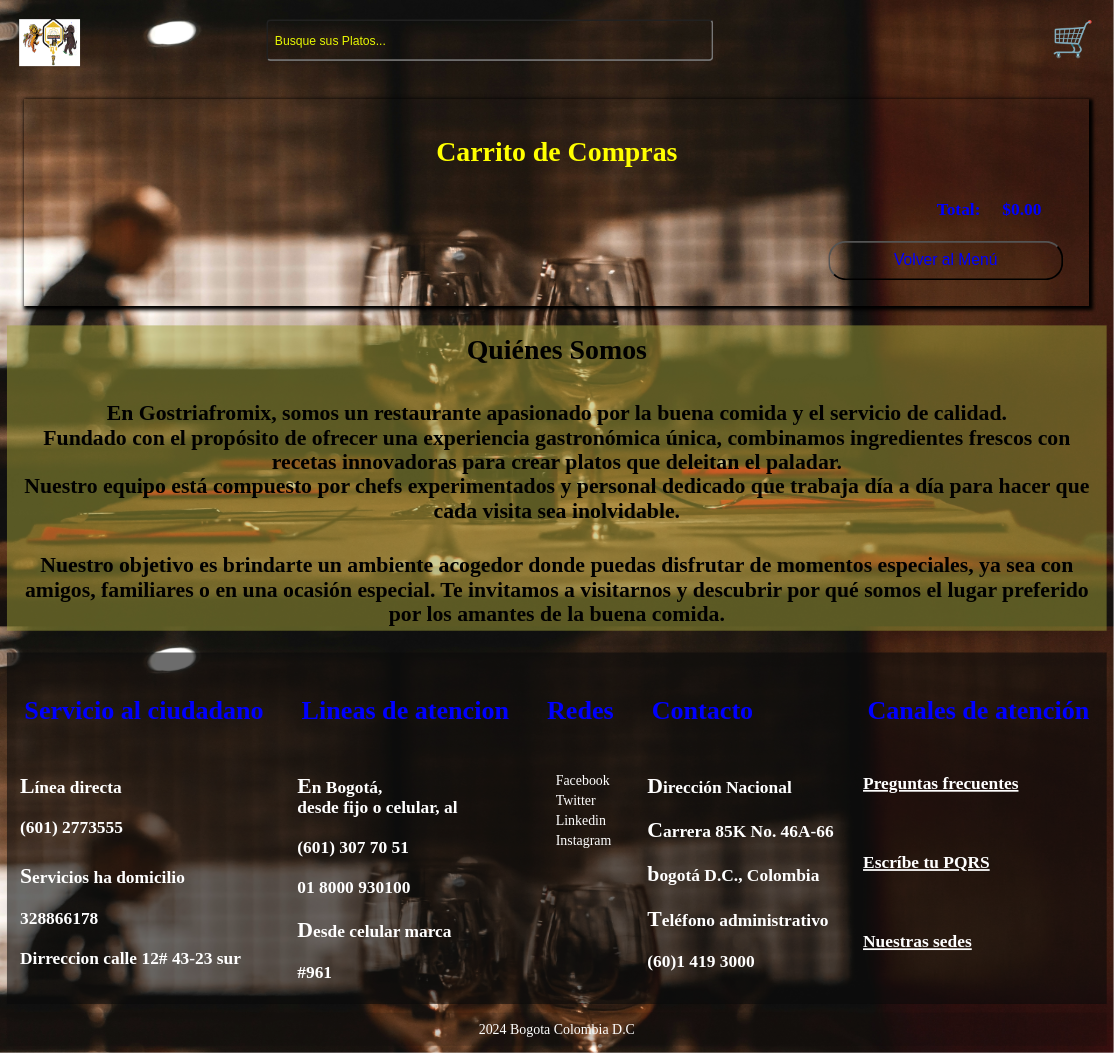
Repository: ye909/app_restaurante
Page: index.html
These files come from the project's save history. The page is drawn as it stood at one moment and after the next save; the edit follows.
The browser window is 1280 px wide. The pictures show the whole page, at 87% of full size.
Backgrounds fixed to the window are drawn as part of the page.

Above is the page before, as saved 2025-01-11 19:29:11.
Console error: TypeError: Cannot read properties of null (reading 'addEventListener')

### index.html
<!-- <!DOCTYPE html>

<html lang="en">
<head>
  <meta charset="UTF-8">
  <meta name="viewport" content="width=device-width, initial-scale=1.0">
  <title>Restaurante</title>
  <link rel="stylesheet" href="./css/style.css">
  <link rel="stylesheet" href="./css/heder.css">
  <link rel="stylesheet" href="./css/opcion_menu.css">
  <link rel="stylesheet" href="./css/modal_card.css">
</head>
<body>




  <h1 class="bienvenida" id="bienvenida">BIENVENIDOS/A</h1>
  <nav>
    <ul>
      <li id="menu-btn"> Menu</li>
      <li></li>
      </li>
      <li><a href="./public/templeis/domicilio.html" target="_blank">Domicilio</a></li>
      <li><a href="./public/templeis/reserva.html" target="_blank">Reserva</a></li>
      <li><a href="#contacto">Contacto</a></li>
      <li><a href="./public/templeis/login.html" target="_blank">Inicio</a></li>
      <li><a href="#somos">Quiénes Somos</a></li>
      <li><a href="./public/templeis/registro.html" target="_blank">Registro</a> </li>
    </ul>
  </nav>

  <main id="menu-view" class="menu-view">
    <div class="filter-buttons">
      <button class="filter" data-region="Todos">Todos</button>
      <button class="filter" data-region="Latinoamérica">Latinoamérica</button>
      <button class="filter" data-region="Centroamérica">Centroamérica</button>
      <button class="filter" data-region="Suramérica">Suramérica</button>
    </div>
    <div id="menu-items" class="menu-items"></div>
    <div><h1>aaas</h1></div>
    <audio id="clickSound" src="./public/audio/mouse_btn3.mp3"></audio>
  </main>






</body>
</html> -->
<!DOCTYPE html>
<html lang="en">
<head>
  <meta charset="UTF-8">
  <meta name="viewport" content="width=device-width, initial-scale=1.0">
  <title>Document</title>
  <link rel="stylesheet" href="/css/menu_principal.css">
  <link rel="stylesheet" href="/css/footer.css">
  <link rel="stylesheet" href="/css/heder.css">
  <link rel="stylesheet" href="/css/modal_card.css">
  <link rel="stylesheet" href="/css/stilo.css">
</head>
<body>
  <header>
    <div class="container_header_card">
      <div class="imagen"><img src="/public/imagen/login.gif" alt=""></div>

      <input type="text" id="buscar" class="buscar" placeholder="Busque sus Platos...">
      <ul id="productList" class="productList"></ul>

      <div id="cart-btn" class="shopping">🛒</div>

  </header>




  <main id="cart-view"  class="cart-view">


   <div class="container_card">
    <h1 class="carro">Carrito de Compras</h1>
    <div id="cart-items" class="cart-items"></div>
    <div class="cart-total">
      <p>Total: <span id="cart-total" class="cart-total">$0.00</span></p>
      <button id="back-to-menu">Volver al Menú</button>
    </div>
   </div>
  </main>


  <div class="quienes_somos" id="somos">
    <h1>Quiénes Somos</h1>
    <p>En <strong>Gostriafromix</strong>, somos un restaurante apasionado por la buena comida y el servicio de calidad.
      <br>
      Fundado con el propósito de ofrecer una experiencia gastronómica única, combinamos ingredientes frescos con
      recetas innovadoras para crear platos que deleitan el paladar. <br>
      Nuestro equipo está compuesto por chefs experimentados y personal dedicado que trabaja día a día para hacer que
      cada visita sea inolvidable.
    </p>
    <p>Nuestro objetivo es brindarte un ambiente acogedor donde puedas disfrutar de momentos especiales, ya sea con
      amigos, familiares o en una ocasión especial. Te invitamos a
      visitarnos y descubrir por qué somos el lugar preferido por los amantes de la buena comida.</p>
  </div>

  <footer>
    <div class="conataine_footer">
      <div>
        <h4>Servicio al ciudadano</h4>
        <p><span>L</span>ínea directa <br> <br> (601) 2773555</p>
        <p id="domicilio"><span>S</span>ervicios ha domicilio<br> <br>328866178 <br><br>Dirreccion calle 12# 43-23 sur
        </p>

      </div>

      <div>
        <h4>Lineas de atencion</h4>
        <p><span>E</span>n Bogotá, <br> desde fijo o celular, al <br><br>
          (601) 307 70 51 <br><br>
          01 8000 930100 <br><br>
          <span>D</span>esde celular marca <br><br>
          #961
        </p>
      </div>
      <div>
        <h4>Redes</h4>
        <div><a href=""><i class="fa-brands fa-facebook"> </i></a> Facebook</div>
        <div><a href=""><i class="fa-brands fa-twitter"></i></a>Twitter</div>
        <div><a href=""><i class="fa-brands fa-linkedin"></i> </a>Linkedin</div>
        <div><a href=""><i class="fa-brands fa-instagram"></i></a> Instagram</div>
      </div>
      <div>
        <h4 id="contacto">Contacto</h4>
        <p><span>D</span>irección Nacional<br><br>
          <span>C</span>arrera 85K No. 46A-66<br><br>
          <span>b</span>ogotá D.C., Colombia<br><br>
          <span>T</span>eléfono administrativo<br><br>
          (60)1 419 3000
        </p>
      </div>

      <div>
        <h4> Canales de atención</h4>
        <p><a href="#">Preguntas frecuentes</p></a><br>
        <p><a href="#">Escríbe tu PQRS</p></a><br>
        <p><a href="#">Nuestras sedes</p></a>
      </div>
    </div>
  </footer>
  <div class="container_final">2024 Bogota Colombia D.C</div>


  <script src="./js/script.js"></script>
  <script src="./js/productos.js"></script>
  <script src="./js/dinamico.js"></script>
</body>
</html>

### css/menu_principal.css
:scope{
    padding: 0%;
    margin: 0%;
    overflow: scroll;
}

html {
    scroll-behavior: smooth;
    background-image: url(../public/imagen/janos.jpg);
    background-repeat: no-repeat;
    background-size: cover;
    background-attachment: fixed;
    background-size: 100% 100%;
    height: auto;
  }
  button {
    width: 270px;
    padding: 7px;
    transition: background-color 0.3s ease, transform 0.2s ease;
    border-radius: 20px;
    background: transparent;
    color: blue;
  }
  button:hover {
    border: none;
    background: #0606f8fd;
    color: black;
    box-shadow: rgb(7, 71, 236) 2px 2px 2px, rgb(7, 71, 236) 2px 2px 2px,
      rgb(7, 71, 236) 2px 2px 2px, rgb(7, 71, 236) 2px 2px 2px;
  }
  /*

  .imgRestaurante {
    width: 100%;
    height: 50vh;
  }

  .container_card_persona {
    display: flex;
    justify-content: space-around;
    align-items: center;
    flex-direction: row;
    flex-wrap: wrap;
    padding: 10px;
  }
  .container_persona {
    width: 10%;
    background: rgba(26, 25, 25, 0.6);
    border-radius: 4px;
    color: white;
    padding: 10px;
    height: auto;
    box-shadow: rgb(8, 8, 8) 1px 2px 2px 2px;
  }
  .container_persona img {
    object-fit: cover;
    width: 100%;
    margin-top: -30px;
    border-radius: 80px;
    box-shadow: rgb(8, 4, 247) 1px 1px 1px;
  }

  h3 {
    text-align: center;
    color: yellow;
  }
  .container_persona p {
    padding: 6px;
    font-size: 18px;
    list-style: 1.4;
  }

  .quienes-somos {
    width: 100%;
    text-align: center;
    background: rgba(232, 232, 157, 0.4);
  }
  .quienes-somos p {
    font-size: 30px;
    line-height: 1.4;
  }

  .text_invitacion {
    font-size: 25px;
    line-height: 1.4;
    width: 99%;
    text-align: center;
    background: rgba(232, 232, 157, 0.2); */
  }

### css/footer.css
.conataine_footer {
  display: flex;
  justify-content: space-between;
  flex-direction: row;
  flex-wrap: wrap;
  margin: 10px;
}

p {

  padding: 5px;
  font-size: 20px;
  font-weight: bold;
}
span {
  font-size: 25px;
}
.quienes_somos {
  background:rgba(161, 161, 59, 0.5);
}
.quienes_somos p{
  text-align: center;
font-size: 25px;
}
:is(.container_final) {
  display: flex;
  justify-content: center;
  align-items: center;
}

h4 {
  color: blue;
  font-size: 30px;
}
:is(.container_final, h4, i) {
  padding: 10px;
}
.container_final {
  background: rgba(12, 12, 12, 0.2);
  color: white;
}
.fa-facebook {
  color: rgb(5, 5, 253);
}
.fa-twitter {
  color: rgb(8, 123, 245);
}
.fa-linkedin {
  color: rgb(71, 71, 155);
}
.fa-instagram {
  color: rgb(243, 17, 17);
}
a {
  cursor: pointer;
}
footer a {
  font-size: 20px;
  color: white;
}
footer {
  background: rgba(10, 10, 10, 0.6);
  color: white;
}

### css/heder.css
.container_header_card{
    display: flex;
    justify-content: space-between;
    justify-items: center;
    flex-direction: row;
    flex-wrap: wrap;
    padding: 14px;
    }

 .productList {
     list-style-type: none;
     padding: 0;
 }

 .productList li {
     padding: 10px;
     border-bottom: 1px solid #ccc;
 }

 .productList li:last-child {
     border-bottom: none;
 }

  .container_header_card img{
    width: 70px;
}
  .shopping{
    font-size: 40px;
cursor: pointer;
}
.buscar::placeholder{
    color:rgb(232, 248, 3);
    font-size: 14px;
}

.buscar {
    width: 40%;
    height: 3.9vh;
    background:transparent;
    color:white;
    font-size: 18px;
    border-radius: 5px;
    margin-left: 20px;
}
:is(.bienvenida,
 .buscar){
     padding: 8px;
 }
 .bienvenida{
    background-image:linear-gradient(to left, rgb(4, 151, 4), rgb(248, 244, 7),  red,rgb(14, 14, 240));
    -webkit-text-fill-color:transparent;
    -webkit-background-clip: text;
    background-clip: text;
    text-align: center;


}

### css/modal_card.css
.container_card {
  margin: 20px;
 box-shadow: 2px 2px 4px 2px black ;
 padding: 10px;
}
.cart-items{
     /* display: none; */
}
.card {
  width: 15%;
  height: 20vh;
  padding: 10px;
  background: rgba(0, 0, 0, 0.4);
  border-radius: 10px;
}
h1{
  text-align: center;
  padding: 10px;

}
.carro{
  color:yellow;
}
.card img {
  width: 100%;
  height: 150px;
  object-fit: cover;
  border-radius: 5px;
}

.card button {
  margin-top: 10px;
  background-color: #007bff;
  color: white;
  border: none;
  padding: 10px;
  border-radius: 5px;
  cursor: pointer;
}

.card button:hover {
  background-color: #0056b3;
}

.cart-total {
  text-align: right;
  margin: 20px;
}


.cart-total{
  font-size: 20px;
  color:blue;
}
button {
  width: 270px;
  padding: 10px;
  transition: background-color 0.3s ease, transform 0.2s ease;
  border-radius: 20px;
  background: transparent;
  color: blue;
  font-size: 18px;
}
button:hover {
  border: none;
  background: #0606f8fd;
  color: black;
  box-shadow: rgb(7, 71, 236) 2px 2px 2px, rgb(7, 71, 236) 2px 2px 2px,
    rgb(7, 71, 236) 2px 2px 2px, rgb(7, 71, 236) 2px 2px 2px;
}

### css/stilo.css


/*

    .filter-buttons {
      margin: 20px;
      text-align: center;
    }

    .filter {
      margin: 5px;
      padding: 10px 15px;
      background-color: #007bff;
      color: white;
      border: none;
      cursor: pointer;
      border-radius: 5px;
    }

    .filter:hover {
      background-color: #0056b3;
    }
    .menu-items,.cart-view{
      display: flex;
      justify-content: space-between;
      justify-content: center;
      flex-direction: row;
      flex-wrap: wrap;
      gap: 20px;
    }
     */

### js/script.js

  let cart = [];
  let selectedRegion = "Todos";

  const menuView = document.getElementById("menu-view");
  const cartView = document.getElementById("cart-view");
  const menuItemsContainer = document.getElementById("menu-items");
  const cartItemsContainer = document.getElementById("cart-items");
  const cartTotal = document.getElementById("cart-total");

  document.querySelectorAll(".filter").forEach(button => {
    button.addEventListener("click", () => {
      selectedRegion = button.getAttribute("data-region");
      renderMenu();
    });
  });

  document.getElementById("menu-btn").addEventListener("click", () => {
    menuView.style.display = "block";
    cartView.style.display = "none";
  });

  document.getElementById("cart-btn").addEventListener("click", () => {
    menuView.style.display = "none";
    cartView.style.display = "block";
    renderCart();
  });

  document.getElementById("back-to-menu").addEventListener("click", () => {
    menuView.style.display = "block";
    cartView.style.display = "none";
  });

  function renderMenu() {
    menuItemsContainer.innerHTML = "";
    const filteredItems = selectedRegion === "Todos" ? menuItems : menuItems.filter(item => item.region === selectedRegion);
    filteredItems.forEach(item => {
      const card = document.createElement("div");
      card.className = "card";
      card.innerHTML = `
        <img src="${item.image}" alt="${item.name}">
        <h3>${item.name}</h3>
        <p>${item.description}</p>
        <p><strong>$${item.price.toFixed(2)}</strong></p>
        <button onclick="addToCart(${item.id})">Agregar</button>
      `;
      menuItemsContainer.appendChild(card);
    });
  }

  function renderCart() {
    cartItemsContainer.innerHTML = "";
    cart.forEach(item => {
      const cartItem = document.createElement("div");
      cartItem.className = "card";
      cartItem.innerHTML = `
        <h3>${item.name}</h3>
        <p>Cantidad: ${item.quantity}</p>
        <p><strong>$${(item.price * item.quantity).toFixed(2)}</strong></p>
      `;
      cartItemsContainer.appendChild(cartItem);
    });
    const total = cart.reduce((sum, item) => sum + item.price * item.quantity, 0);
    cartTotal.textContent = `$${total.toFixed(2)}`;
  }

  function addToCart(id) {
    const item = menuItems.find(item => item.id === id);
    const cartItem = cart.find(item => item.id === id);
    if (cartItem) {
      cartItem.quantity++;
    } else {
      cart.push({ ...item, quantity: 1 });
    }
  }

  renderMenu();

### js/productos.js
const menuItems = [
  { id: 1, name: "Tacos al Pastor", description: "Delicious tacos", price: 12.99, image: "https://via.placeholder.com/150", region: "Latinoamérica" },
  { id: 2, name: "Pupusas", description: "Thick griddle cakes", price: 9.99, image: "https://via.placeholder.com/150", region: "Centroamérica" },
  { id: 3, name: "Ceviche", description: "Fresh seafood", price: 15.99, image: "https://via.placeholder.com/150", region: "Suramérica" },
];


// const menuItems = [

//     {
//       id:1,
//       nombre: "Bebida caliente",
//       img: "./public/imagen/bebidas_calientes1.PNG",
//       precio: 20000,
//       descripcion1: "hecho en los mejores lugares de paris",
//       cantidad: 1,
//     },

//     {
//       id:4,
//     precio:10000,
//     nombre:"carne",
//     img:"./public/imagen/mexica1.jpg",
//       descripcion:"Los tacos son uno de los mida "
//     , descripcion1:"tanos"
//     },
//     {
//       id:5,
//       precio:100,
//       nombre:"Sancocho",
//       img:"./public/imagen/sancocho.webp",
//         descripcion:"ya no kkkkk",
//          descripcion1:"plato de casula"
//     },
//     {
//       id:6,
//       precio:30000,
//     nombre:"Lechona",
//     img:"./public/imagen/mexica2.jpg",
//       descripcion:"La lechona es un plato típico de la "
//      ,descripcion1:"plátanos rellenos"
//     },
//     {
//       id:7,
//     precio:90000,
//     nombre:"Postre",
//     img:"./public/imagen/postre2.PNG",
//       descripcion:"ya nhhjshhshao ",
//        descripcion1:"Sabor y dulsura en el plato"
//     },
//     {
//       id:8,
//     precio:10000,
//     nombre:"Coltel",
//     img:"./public/imagen/coltel.webp",
//       descripcion:"Los tacos son uno de comida "
//     , descripcion1:"tanos"
//     },

//     {
//       id:10,
//       precio:30000,
//     nombre:"Cerveza",
//     img:"./public/imagen/cervezas.webp",
//       descripcion:"La lechona es un conoce como "
//      ,descripcion1:"plátanos rellenos"
//     },
//     {
//       id:9,
//       precio:100,
//       nombre:"plátanos rellenos",
//       img:"./public/imagen/platano.PNG",
//         descripcion:"ya no kkkkk",
//          descripcion1:"Rellenos de bocadillo y queso"
//     },
//     {
//       id:10,
//       precio:30000,
//     nombre:"Jugos",
//     img:"./public/imagen/JUGOS_NATURALES.jpg",
//       descripcion:"La lechona es unente se conoce como "
//      ,descripcion1:"plátanos rellenos"
//     },
//     {
//       id:11,
//     precio:90000,
//     nombre:"Arrozanas",
//     img:"./public/imagen/mexico6.jpg",
//       descripcion:"ya nhhjshhshao ",
//        descripcion1:"plátanos rellenos"
//     },
//     {
//     id:11,
//     precio:90000,
//     nombre:"Licor",
//     img:"./public/imagen/licores.webp",
//       descripcion:"ya nhhjshhshao ",
//        descripcion1:"plátanos rellenos"
//     }
//     //    contenido:"ya no"
//   ];

### js/dinamico.js

 const menuview = document.getElementById("menu-view")
const menu_principal=document.getElementById("menu_principal").addEventListener("click",ver_menu)

function ver_menu() {
  menuview.style.display="inline"
}
// texto de bienvenida

setTimeout(()=>{
    const bienvenida = document.getElementById("bienvenida").remove()
    bienvenida.style.transition=" background-color 0.3s ease, transform 0.7s ease; "
},3000)


// audio de los botones
const playSound = function () {
    var audio = document.getElementById("clickSound");
    audio.play();
  }



// // Ejemplo de notificación (opcional)
// document.getElementById('btnboton_agregar').addEventListener('click', () => {
//     if (Notification.permission === 'granted') {
//         new Notification('¡Hola desde tu PWA!');
//     } else if (Notification.permission !== 'denied') {
//         Notification.requestPermission().then((permission) => {
//             if (permission === 'granted') {
//                 new Notification('¡Hola desde tu PWA!');
//             }
//         });
//     }
// });

After the next save:
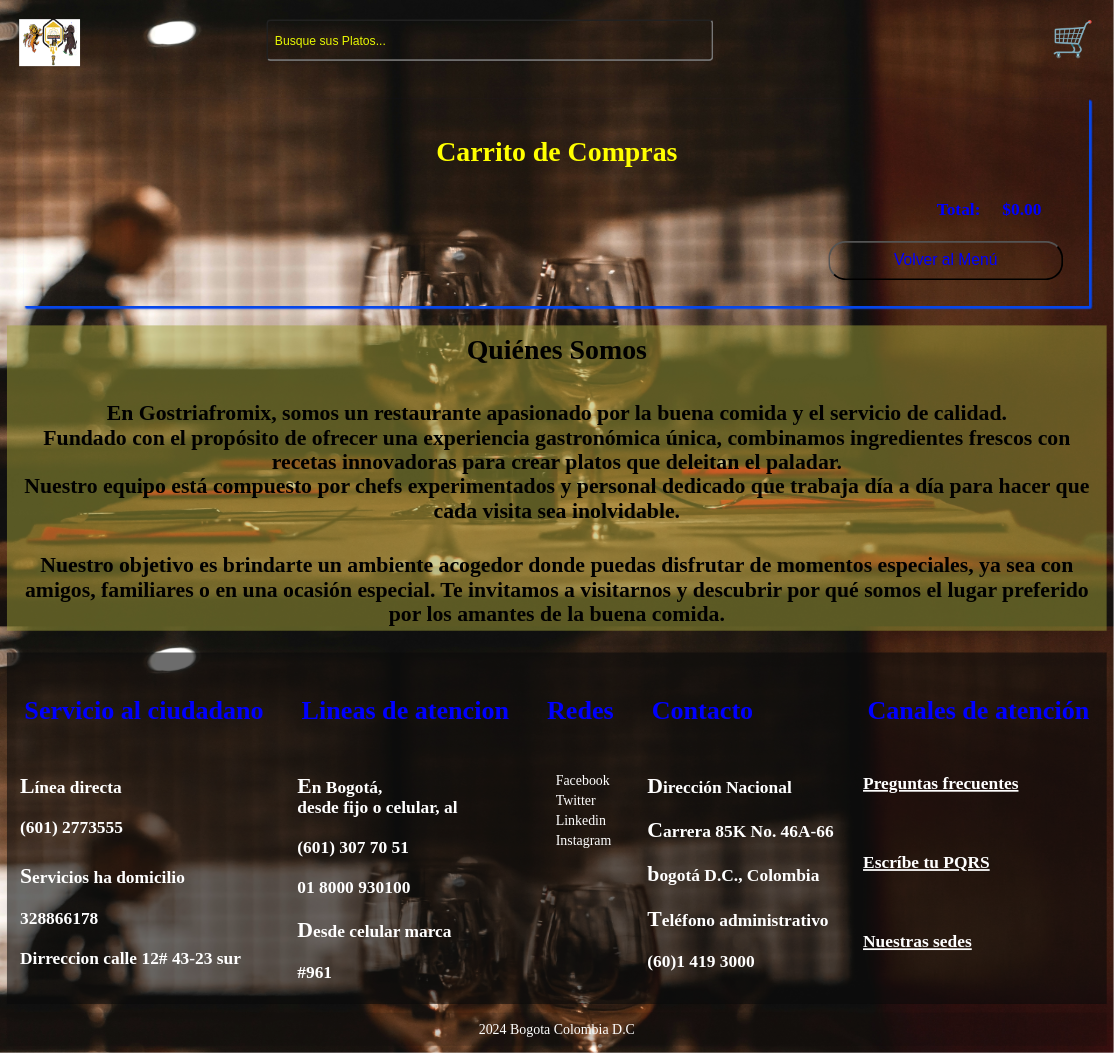
Saved 69 s later.
--- a/css/modal_card.css
+++ b/css/modal_card.css
@@ -1,6 +1,7 @@
 .container_card {
   margin: 20px;
- box-shadow: 2px 2px 4px 2px black ;
+  box-shadow: rgb(7, 71, 236) 2px 2px 2px, rgb(7, 71, 236) 2px 2px 2px,
+  rgb(7, 71, 236) 2px 2px 2px, rgb(7, 71, 236) 2px 2px 2px;
  padding: 10px;
 }
 .cart-items{
